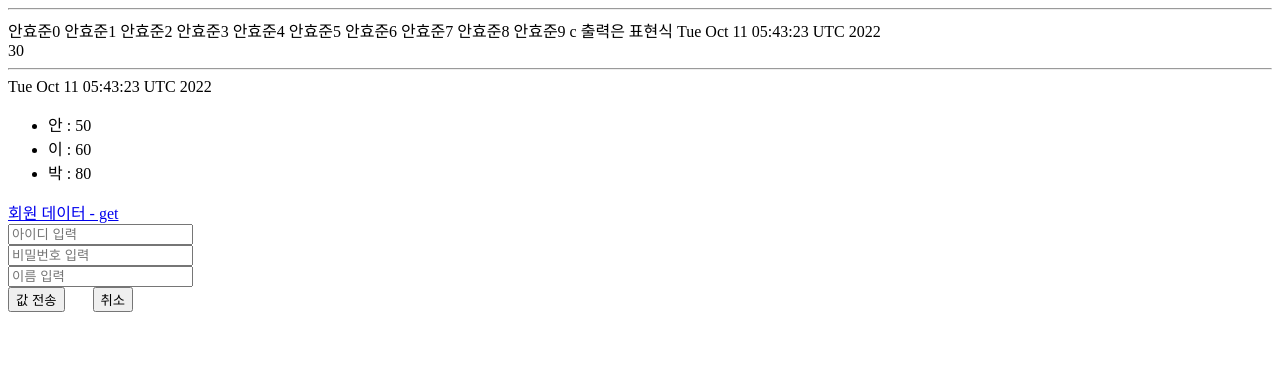
Repository: HyoJun-A/jsp
Page: http://localhost/practice01/
These files come from the project's save history. The page is drawn as it stood at one moment and after the next save; the edit follows.
The browser window is 1280 px wide. The pictures show the whole page.
The page is served by Tomcat 9.

Above is the page before, as saved 2022-10-14 05:51:21.

### practice01/WebContent/index.jsp
<%@ page language="java" contentType="text/html; charset=UTF-8"
    pageEncoding="UTF-8"%>
<!-- 페이지 디렉티브 : @ page(내용) -->
<%@ page import="java.util.Date" %>
<!DOCTYPE html>
<html>
<head>
<meta charset="UTF-8">
<title>웹문서 테스트</title>
</head>
<body>
<%!
	//선언문 - 객체, 변수, 메소드 선언시
	//선언만 가능, 연산시 오류
	int[] score = {50, 60, 80};
	String[] names = {"안", "이", "박"};
	int a = 20;
	int b = 30;
	Date now = new Date();
%>
<hr>
<%
	//처리구문 -> 스크립트릿(scriptlet) : 자바코드
	//선언, 연산 가능
	int c;
	String name = "안효준";
	if(a>b){
		c = a;
	} else{
		c = b;
	}
	for(int d=0; d<10; d++){
		out.println(name+d);
	}
	out.println("c 출력은 표현식");
	out.println(now);
%>
<div id="result">
	<%=c %>
	<hr>
	<%=now %>
	<ul>
		<!-- for문을 따로 나눠서 사용하여 중간 값에 태그를 사용할 수 있다. -->
		<%
			for(int i=0; i<score.length; i++){
		%>
		<li><%=names[i] %> : <%=score[i] %></li>
		<%
			}
		%>
	</ul>
	<!-- get방식 : a태그를 사용하면 무조건 get방식 -->
	<a href="test01.jsp?id=ahj&pw=1234&name=안효준">회원 데이터 - get</a>
	<form action="test02.jsp" method="post" name="login_from">
		<input name="id" id="id" placeholder="아이디 입력"><br>
		<input type="password" name="pw" id="pw" placeholder="비밀번호 입력"><br>
		<input name="name" id="name" placeholder="이름 입력"><br>
		<input type="submit" value="값 전송"> &nbsp; &nbsp; &nbsp;
		<input type="reset" value="취소">
	</form>
	<div id="msg">
		<%
			request.setCharacterEncoding("UTF-8");
			String msg = request.getParameter("msg");

			if(msg!=null){
		%>
			<strong><%=msg %>></strong>
		<%
			}
		%>
	</div>
	<%
		String id = (String) session.getAttribute("m_id");
		if(id != null){
	%>
		<p><%= id%>님이 로그인 하셨습니다.</p>
		<a href='logout.jsp'>로그아웃</a>
	<%
		} else{
	%>
	<%
		}
	%>

</div>

</body>
</html>

After the next save:
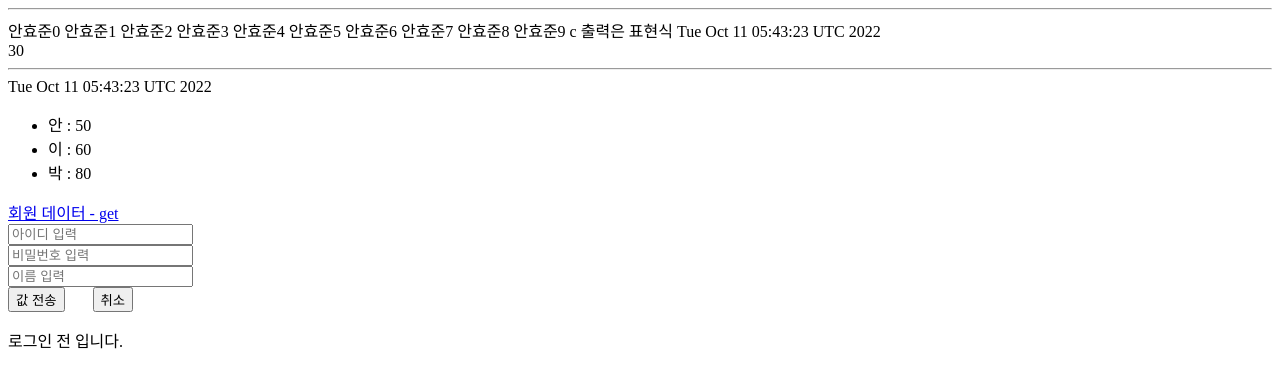
Saved 15 s later.
--- a/practice01/WebContent/index.jsp
+++ b/practice01/WebContent/index.jsp
@@ -79,6 +79,7 @@
 	<%
 		} else{
 	%>
+		<p>로그인 전 입니다.</p>
 	<%
 		}
 	%>
